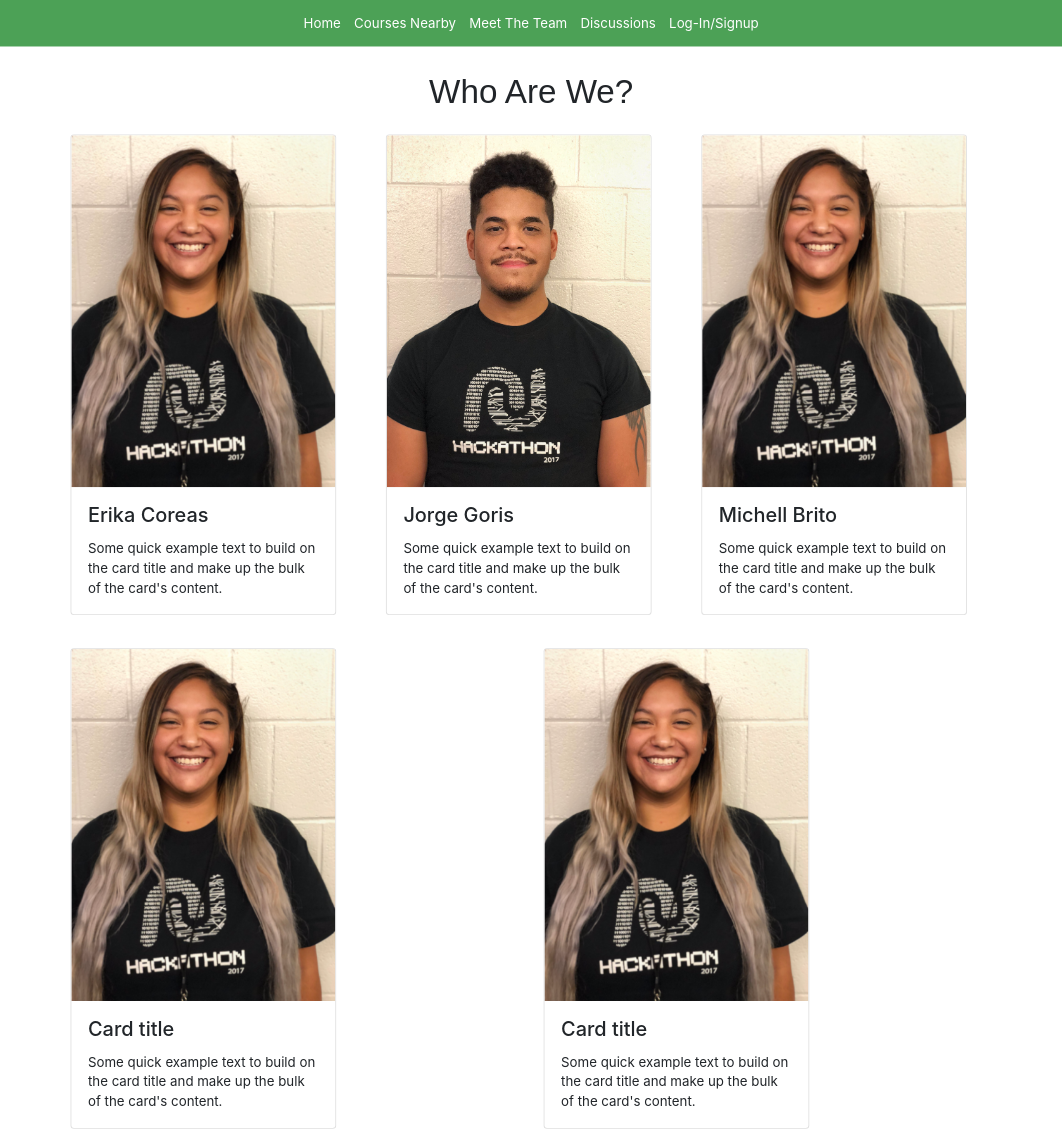
Repository: SamanthaBurnett/Hackathon2017
Page: meet_the_team.html
The author's editor kept a record of every edit. The page is drawn from the files as they stood at one moment, then again after the next edit.
The browser window is 1280 px wide. The pictures show the whole page, at 83% of full size.
Some web fonts or font styles are not loaded; a fallback is used.

Above is the page before.

After the next edit:
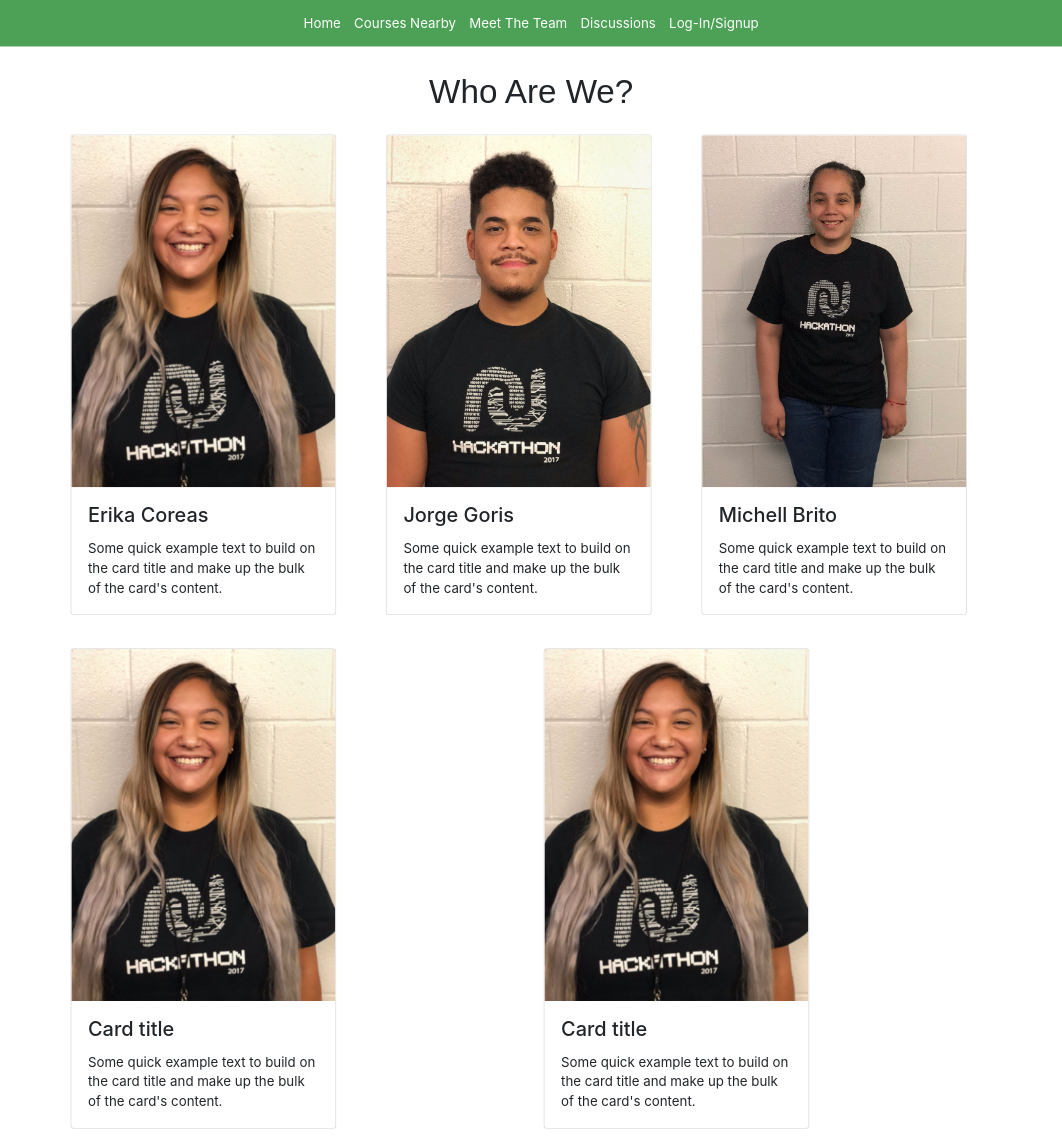
The edit:
--- a/meet_the_team.html
+++ b/meet_the_team.html
@@ -59,7 +59,7 @@
          </div><!--end col-->
          <div class="col">
            <div class="card" style="width: 20rem;">
-            <img class="card-img-top" src="assets/images/Erika.JPG" alt="Card image cap">
+            <img class="card-img-top" src="assets/images/Michell.JPG" alt="Card image cap">
             <div class="card-body">
               <h4 class="card-title">Michell Brito</h4>
               <p class="card-text">Some quick example text to build on the card title and make up the bulk of the card's content.</p>
